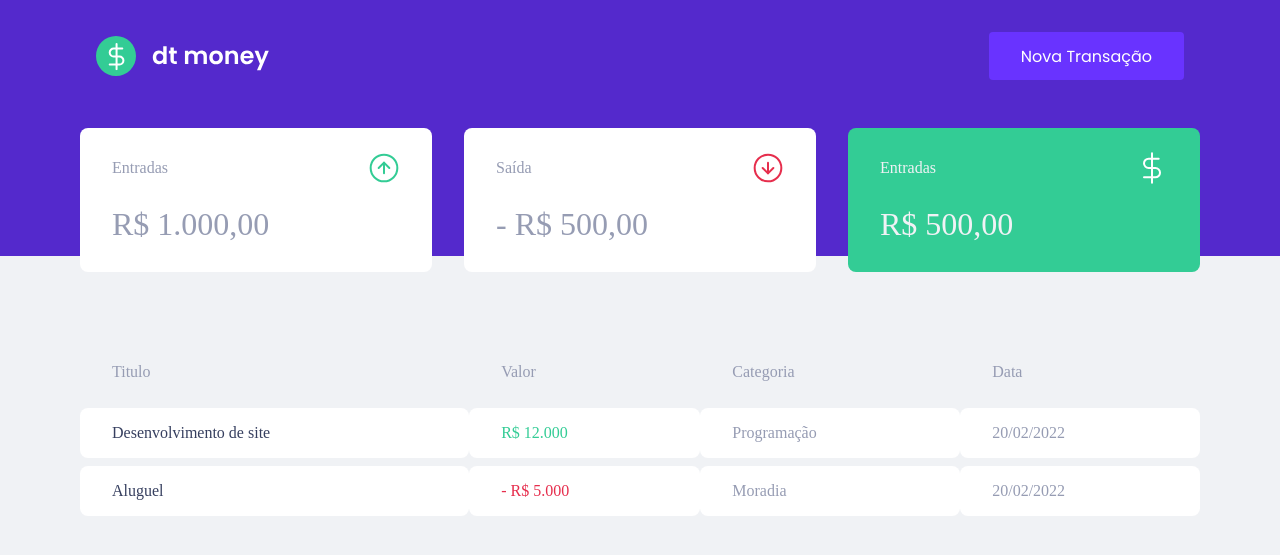
Repository: viniciusfg05/vlmoney
Page: /
These files come from the project's save history. The page is drawn as it stood at one moment and after the next save; the edit follows.
The browser window is 1280 px wide. The pictures show the whole page.
The project was rebuilt for these pictures with package versions that can differ from the ones it lists, and the page was loaded fresh each time.

Above is the page before, as saved 2022-02-21 15:32:50.

After the next save:
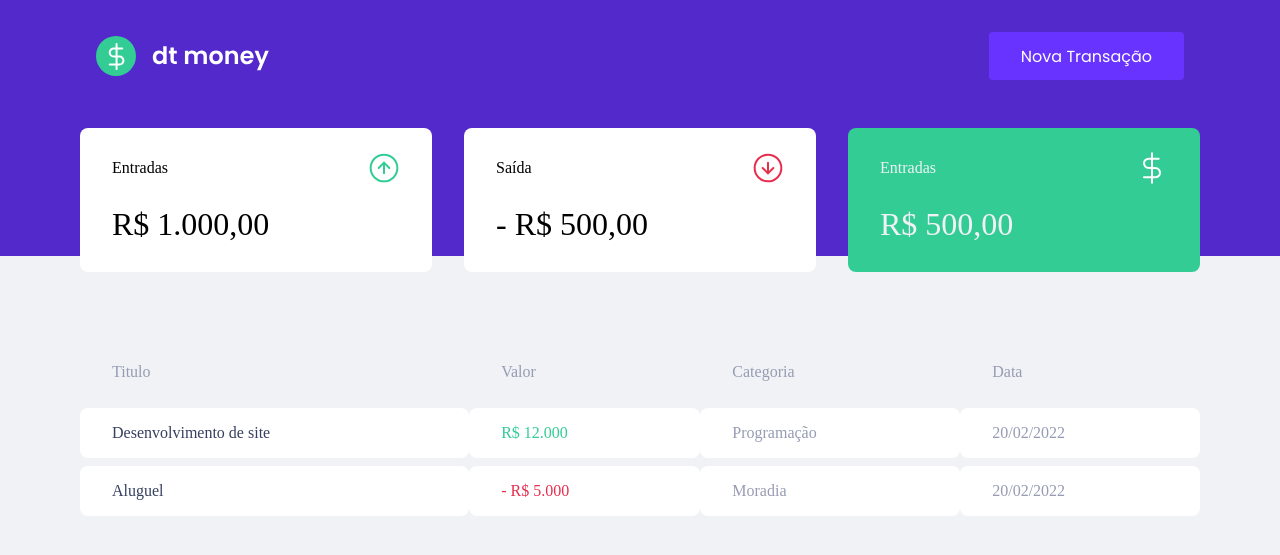
Saved 6 s later.
--- a/src/components/summary/styles.ts
+++ b/src/components/summary/styles.ts
@@ -10,7 +10,6 @@ import styled from "styled-components";
     background: var(--shape);
     padding: 1.5rem 2rem;
     border-radius: 0.5rem;
-    color: var(--text-body);
 
     header{
       display: flex;
